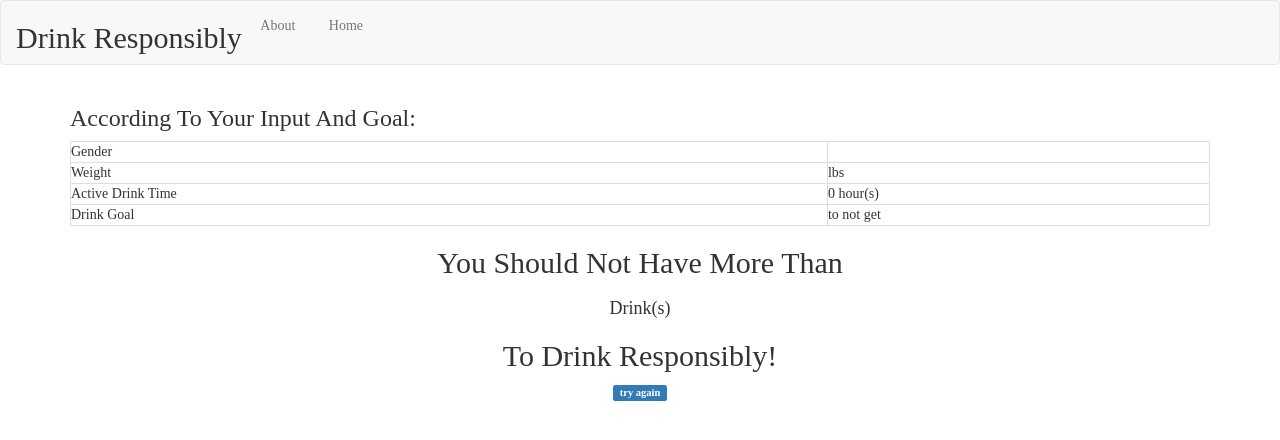
Repository: NatNat180/DrinkResponsibly
Page: http://localhost/DrinkResponsibly/calculate-drink-amount
These files come from the project's save history. The page is drawn as it stood at one moment and after the next save; the edit follows.
The browser window is 1280 px wide. The pictures show the whole page.
Some web fonts or font styles are not loaded; a fallback is used. The page is served by Tomcat 9. Other server files are loaded and not shown.

Above is the page before, as saved 2016-04-07 20:55:21.

### DrinkResponsibly/WebContent/WEB-INF/results.jsp
<%@ page language="java" contentType="text/html; charset=UTF-8"
    pageEncoding="ISO-8859-1"%>
<%@ taglib prefix="c" uri="http://java.sun.com/jsp/jstl/core" %>
<!DOCTYPE html>
<html lang="eng">
<head>
<meta http-equiv="Content-Type" content="text/html; charset=UTF-8">
<link rel="stylesheet" type="text/css" href="bootstrap/css/bootstrap.css"/>
<link rel="stylesheet" type="text/css" href="css/style.css"/>
<title>Drink Responsibly - Your Results</title>
</head>
<body>
<c:import url="/WEB-INF/navigation.html"/>
<section class="container">

<h3>According To Your Input And Goal:</h3>
<table class="table-bordered" style="width: 100%;">
<tr>
	<td>Gender</td>
	<td><c:out value="${gender}"></c:out></td>
</tr>
<tr>
	<td>Weight</td>
	<td><c:out value="${weight} lbs"></c:out></td>
</tr>
<tr>
	<td>Active Drink Time</td>
	<td><c:out value="${drink-time} hour(s)"></c:out></td>
</tr>
<tr>
	<td>Drink Goal</td>
	<td>to not get <c:out value="${goal}"></c:out></td>
</tr>
</table>

<div class="center-text">
<h2>You Should Not Have More Than</h2>
<h1><span class="label label-primary"><c:out value="${drinks}"></c:out></span></h1>
<h4>Drink(s)</h4>
<h2>To Drink Responsibly!</h2>
<span class="label label-primary"><a href="form">try again</a></span>
</div>

</section>
</body>
</html>

### DrinkResponsibly/WebContent/WEB-INF/navigation.html
<nav class="navbar navbar-default" role="navigation">
	<div class="container-fluid">
		<div class="navbar-header">
		  <h1 class="nav-title" style="font-size: 30px;">Drink Responsibly</h1>
		</div>
		<ul class="nav navbar-nav navbar-left">
			<li id="right"><a href="">&nbsp;About</a>
			<li id="right"><a href="form">&nbsp;Home</a>
		</ul>
	</div>
</nav>

### DrinkResponsibly/src/com/application/CalculateDrinkAmount.java
package com.application;

import java.io.IOException;
//import java.io.PrintWriter;

import javax.servlet.ServletException;
import javax.servlet.annotation.WebServlet;
import javax.servlet.http.HttpServlet;
import javax.servlet.http.HttpServletRequest;
import javax.servlet.http.HttpServletResponse;

@WebServlet("/calculate-drink-amount")
public class CalculateDrinkAmount extends HttpServlet {
	private static final long serialVersionUID = 1L;

	//make class variables
	double initialBAC;
	double expendableBAC = 0.015;
	double finalBAC;
	int drinks;

    public CalculateDrinkAmount() {
        super();

    }

	protected void doGet(HttpServletRequest request, HttpServletResponse response) throws ServletException, IOException {

		request.getServletContext().getRequestDispatcher("/WEB-INF/results.jsp").forward(request, response);
	}

	protected void doPost(HttpServletRequest request, HttpServletResponse response) throws ServletException, IOException {

		//response.setContentType("text/html");
		//PrintWriter out = response.getWriter();

		//Retrieve values from form
		String gender = request.getParameter("gender");
		String weight = request.getParameter("weight");
		String drinkTime = request.getParameter("drink-time");
		String goal = request.getParameter("goal");
		String unit = request.getParameter("unit");

		//Parse int the weight and drinkTime so that they are no longer strings and can be manipulated
		int weightNum = Integer.parseInt(weight);
		int drinkTimeNum = Integer.parseInt(drinkTime);

		//convert from kg to lbs if kg was used
		if(unit.equals("kg")){
			weightNum *= 2.2046;
		}

		//Enable them to be printed out in a JSP
		request.setAttribute("gender", gender);
		request.setAttribute("weight", weightNum);
		request.setAttribute("drink-time", drinkTime);
		request.setAttribute("goal", goal);

		//Set initial drink amount
		//If the person plans on drinking for at least an hour or more, set the initial drink amount to the total hours they plan on drinking
		//Otherwise, set the initial drink amount to zero
		if(drinkTimeNum >= 1){
			drinks = drinkTimeNum;
		} else {
			drinks = 0;
		}

		//Calculate initial BAC levels based on gender and weight
		if(gender.equals("male")){

			if(weightNum <= 100){

				initialBAC = 0.0435;

			} else if(weightNum > 100 && weightNum < 125){

				double base = 0.0435;
				double rate = 0.00036 * 5;

				switch(weightNum){
				case 101:
				case 102:
				case 103:
				case 104:
					initialBAC = base;
					break;
				case 105:
				case 106:
				case 107:
				case 108:
				case 109:
					initialBAC = base - rate;
					break;
				case 110:
				case 111:
				case 112:
				case 113:
				case 114:
					initialBAC = base - (rate * 2);
					break;
				case 115:
				case 116:
				case 117:
				case 118:
				case 119:
					initialBAC = base - (rate * 3);
					break;
				case 120:
				case 121:
				case 122:
				case 123:
				case 124:
					initialBAC = base - (rate * 4);
					break;
				}

			} else if(weightNum >= 125 && weightNum < 150){

				double base = 0.0345;
				double rate = 0.0002 * 5;

				switch(weightNum){
				case 125:
				case 126:
				case 127:
				case 128:
				case 129:
					initialBAC = base;
					break;
				case 130:
				case 131:
				case 132:
				case 133:
				case 134:
					initialBAC = base - rate;
					break;
				case 135:
				case 136:
				case 137:
				case 138:
				case 139:
					initialBAC = base - (rate * 2);
					break;
				case 140:
				case 141:
				case 142:
				case 143:
				case 144:
					initialBAC = base - (rate * 3);
					break;
				case 145:
				case 146:
				case 147:
				case 148:
				case 149:
					initialBAC = base - (rate * 4);
					break;
				}

			} else if(weightNum >= 150 && weightNum < 175){

				double base = 0.0295;
				double rate = 0.00016 * 5;

				switch(weightNum){
				case 150:
				case 151:
				case 152:
				case 153:
				case 154:
					initialBAC = base;
					break;
				case 155:
				case 156:
				case 157:
				case 158:
				case 159:
					initialBAC = base - rate;
					break;
				case 160:
				case 161:
				case 162:
				case 163:
				case 164:
					initialBAC = base - (rate * 2);
					break;
				case 165:
				case 166:
				case 167:
				case 168:
				case 169:
					initialBAC = base - (rate * 3);
					break;
				case 170:
				case 171:
				case 172:
				case 173:
				case 174:
					initialBAC = base - (rate * 4);
					break;
				}

			} else if(weightNum >= 175 && weightNum < 200){

				double base = 0.0255;
				double rate = 0.00012 * 5;

				switch(weightNum){
				case 175:
				case 176:
				case 177:
				case 178:
				case 179:
					initialBAC = base;
					break;
				case 180:
				case 181:
				case 182:
				case 183:
				case 184:
					initialBAC = base - rate;
					break;
				case 185:
				case 186:
				case 187:
				case 188:
				case 189:
					initialBAC = base - (rate * 2);
					break;
				case 190:
				case 191:
				case 192:
				case 193:
				case 194:
					initialBAC = base - (rate * 3);
					break;
				case 195:
				case 196:
				case 197:
				case 198:
				case 199:
					initialBAC = base - (rate * 4);
					break;
				}

			} else if(weightNum >= 200 && weightNum < 225){

				double base = 0.0225;
				double rate = 0.00012 * 5;

				switch(weightNum){
				case 200:
				case 201:
				case 202:
				case 203:
				case 204:
					initialBAC = base;
					break;
				case 205:
				case 206:
				case 207:
				case 208:
				case 209:
					initialBAC = base - rate;
					break;
				case 210:
				case 211:
				case 212:
				case 213:
				case 214:
					initialBAC = base - (rate * 2);
					break;
				case 215:
				case 216:
				case 217:
				case 218:
				case 219:
					initialBAC = base - (rate * 3);
					break;
				case 220:
				case 221:
				case 222:
				case 223:
				case 224:
					initialBAC = base - (rate * 4);
					break;
				}

			} else if(weightNum >= 225 && weightNum < 250){

				double base = 0.0195;
				double rate = 0.00008 * 5;

				switch(weightNum){
				case 225:
				case 226:
				case 227:
				case 228:
				case 229:
					initialBAC = base;
					break;
				case 230:
				case 231:
				case 232:
				case 233:
				case 234:
					initialBAC = base - rate;
					break;
				case 235:
				case 236:
				case 237:
				case 238:
				case 239:
					initialBAC = base - (rate * 2);
					break;
				case 240:
				case 241:
				case 242:
				case 243:
				case 244:
					initialBAC = base - (rate * 3);
					break;
				case 245:
				case 246:
				case 247:
				case 248:
				case 249:
					initialBAC = base - (rate * 4);
					break;
				}

			} else if(weightNum >= 250 && weightNum < 275){

				double base = 0.0175;
				double rate = 0.00008 * 5;

				switch(weightNum){
				case 250:
				case 251:
				case 252:
				case 253:
				case 254:
					initialBAC = base;
					break;
				case 255:
				case 256:
				case 257:
				case 258:
				case 259:
					initialBAC = base - rate;
					break;
				case 260:
				case 261:
				case 262:
				case 263:
				case 264:
					initialBAC = base - (rate * 2);
					break;
				case 265:
				case 266:
				case 267:
				case 268:
				case 269:
					initialBAC = base - (rate * 3);
					break;
				case 270:
				case 271:
				case 272:
				case 273:
				case 274:
					initialBAC = base - (rate * 4);
					break;
				}

			} else {

				double base = 0.0175;
				double rate = 0.00008 * 5;

				initialBAC = base - (rate * 5);
			}

		} else { //for females

			if(weightNum <= 100){

				initialBAC = 0.0505;

			} else if(weightNum > 100 && weightNum < 125){

				double base = 0.0505;
				double rate = 0.0004 * 5;

				switch(weightNum){
				case 101:
				case 102:
				case 103:
				case 104:
					initialBAC = base;
					break;
				case 105:
				case 106:
				case 107:
				case 108:
				case 109:
					initialBAC = base - rate;
					break;
				case 110:
				case 111:
				case 112:
				case 113:
				case 114:
					initialBAC = base - (rate * 2);
					break;
				case 115:
				case 116:
				case 117:
				case 118:
				case 119:
					initialBAC = base - (rate * 3);
					break;
				case 120:
				case 121:
				case 122:
				case 123:
				case 124:
					initialBAC = base - (rate * 4);
					break;
				}

			} else if(weightNum >= 125 && weightNum < 150){

				double base = 0.0405;
				double rate = 0.00024 * 5;

				switch(weightNum){
				case 125:
				case 126:
				case 127:
				case 128:
				case 129:
					initialBAC = base;
					break;
				case 130:
				case 131:
				case 132:
				case 133:
				case 134:
					initialBAC = base - rate;
					break;
				case 135:
				case 136:
				case 137:
				case 138:
				case 139:
					initialBAC = base - (rate * 2);
					break;
				case 140:
				case 141:
				case 142:
				case 143:
				case 144:
					initialBAC = base - (rate * 3);
					break;
				case 145:
				case 146:
				case 147:
				case 148:
				case 149:
					initialBAC = base - (rate * 4);
					break;
				}

			} else if(weightNum >= 150 && weightNum < 175){

				double base = 0.0345;
				double rate = 0.0002 * 5;

				switch(weightNum){
				case 150:
				case 151:
				case 152:
				case 153:
				case 154:
					initialBAC = base;
					break;
				case 155:
				case 156:
				case 157:
				case 158:
				case 159:
					initialBAC = base - rate;
					break;
				case 160:
				case 161:
				case 162:
				case 163:
				case 164:
					initialBAC = base - (rate * 2);
					break;
				case 165:
				case 166:
				case 167:
				case 168:
				case 169:
					initialBAC = base - (rate * 3);
					break;
				case 170:
				case 171:
				case 172:
				case 173:
				case 174:
					initialBAC = base - (rate * 4);
					break;
				}

			} else if(weightNum >= 175 && weightNum < 200){

				double base = 0.0295;
				double rate = 0.00012 * 5;

				switch(weightNum){
				case 175:
				case 176:
				case 177:
				case 178:
				case 179:
					initialBAC = base;
					break;
				case 180:
				case 181:
				case 182:
				case 183:
				case 184:
					initialBAC = base - rate;
					break;
				case 185:
				case 186:
				case 187:
				case 188:
				case 189:
					initialBAC = base - (rate * 2);
					break;
				case 190:
				case 191:
				case 192:
				case 193:
				case 194:
					initialBAC = base - (rate * 3);
					break;
				case 195:
				case 196:
				case 197:
				case 198:
				case 199:
					initialBAC = base - (rate * 4);
					break;
				}

			} else if(weightNum >= 200 && weightNum < 225){

				double base = 0.0265;
				double rate = 0.00016 * 5;

				switch(weightNum){
				case 200:
				case 201:
				case 202:
				case 203:
				case 204:
					initialBAC = base;
					break;
				case 205:
				case 206:
				case 207:
				case 208:
				case 209:
					initialBAC = base - rate;
					break;
				case 210:
				case 211:
				case 212:
				case 213:
				case 214:
					initialBAC = base - (rate * 2);
					break;
				case 215:
				case 216:
				case 217:
				case 218:
				case 219:
					initialBAC = base - (rate * 3);
					break;
				case 220:
				case 221:
				case 222:
				case 223:
				case 224:
					initialBAC = base - (rate * 4);
					break;
				}

			} else if(weightNum >= 225 && weightNum < 250){

				double base = 0.0225;
				double rate = 0.00008 * 5;

				switch(weightNum){
				case 225:
				case 226:
				case 227:
				case 228:
				case 229:
					initialBAC = base;
					break;
				case 230:
				case 231:
				case 232:
				case 233:
				case 234:
					initialBAC = base - rate;
					break;
				case 235:
				case 236:
				case 237:
				case 238:
				case 239:
					initialBAC = base - (rate * 2);
					break;
				case 240:
				case 241:
				case 242:
				case 243:
				case 244:
					initialBAC = base - (rate * 3);
					break;
				case 245:
				case 246:
				case 247:
				case 248:
				case 249:
					initialBAC = base - (rate * 4);
					break;
				}

			} else if(weightNum >= 250 && weightNum < 275){

				double base = 0.0205;
				double rate = 0.00008 * 5;

				switch(weightNum){
				case 250:
				case 251:
				case 252:
				case 253:
				case 254:
					initialBAC = base;
					break;
				case 255:
				case 256:
				case 257:
				case 258:
				case 259:
					initialBAC = base - rate;
					break;
				case 260:
				case 261:
				case 262:
				case 263:
				case 264:
					initialBAC = base - (rate * 2);
					break;
				case 265:
				case 266:
				case 267:
				case 268:
				case 269:
					initialBAC = base - (rate * 3);
					break;
				case 270:
				case 271:
				case 272:
				case 273:
				case 274:
					initialBAC = base - (rate * 4);
					break;
				}

			} else {

				double base = 0.0205;
				double rate = 0.00008 * 5;

				initialBAC = base - (rate * 5);
			}

		}

		//determine finalBAC
		//if the drink time is less than an hour, their initialBAC (after one drink) is also their final BAC
		//if they plan to drink for more than an hour, their initialBAC wears off with each hour
		if(drinkTimeNum < 1){
			finalBAC = initialBAC;
		} else {
			finalBAC = ((initialBAC - expendableBAC) * drinkTimeNum) + initialBAC;
		}

		//calculate alloted drink amount based on BAC level
		// create a new variable which will start the same as the final blood alcohol level
		// this new variable keeps changing, but we need the initial finalBAC variable to
		// remain the same so it can keep adding to the new variable
		double BAC = finalBAC;

		// Set message if goal is to not get drunk
		if(goal.equals("drunk")){
			//Allow for drinks so long as it does not surpass limit.
			if(finalBAC > 0.05){
				drinks -= 1;
			} else {
				while(BAC < 0.04){
					BAC += initialBAC;
					drinks += 1;
				}
				// don't risk getting past the drunk limit - but if it's been an hour, your BAC lowers
			}

			if(drinks < 0){
				drinks = 0;
			}
		}

		// Set message if goal is to not get sick
		else if(goal.equals("sick")){
			//Allow for drinks so long as it does not surpass limit.
			if(finalBAC > 0.16){
				drinks -= 1;
			} else {
				while(BAC < 0.16){
					BAC += initialBAC;
					drinks += 1;
				}
			}

			if(drinks < 0){

				drinks = 0;
			}
		}

		//Make drinks into a String
		String drinkAmount = Integer.toString(drinks);
		//create a session attribute for drinks
		request.setAttribute("drinks", drinkAmount);

		String initial = Double.toString(initialBAC);
		request.setAttribute("initial", initial);

		String end = Double.toString(finalBAC);
		request.setAttribute("final", end);

		request.setAttribute("yes", BAC);

		doGet(request, response);
	}

}

### DrinkResponsibly/WebContent/css/style.css
@import url(https://fonts.googleapis.com/css?family=Fjalla+One|Poiret+One|Bitter|Arvo|Amatic+SC:400,700);

/*
font-family: 'Fjalla One', sans-serif;
font-family: 'Poiret One', cursive;
font-family: 'Bitter', serif;
font-family: 'Arvo', serif;
font-family: 'Amatic SC', cursive;
*/

h1 {font-family: 'Poiret One', cursive;}
body {font-family: 'Arvo', serif;}
.center-text {text-align:center;}

ul {
	list-style-type: none;
}

.label a {
	color: white;
}

a:hover{
	text-decoration: none;
	color: #55555;
}

form p {
	margin-top: 5px;
	margin-bottom: 5px;
}

hr {
	border: 0;
	height: 1px;
	background: #333;
	background-image: linear-gradient(to right, #ccc, #333, #ccc);
}

Loaded but not shown: DrinkResponsibly/WebContent/bootstrap/css/bootstrap.css (library)

After the next save:
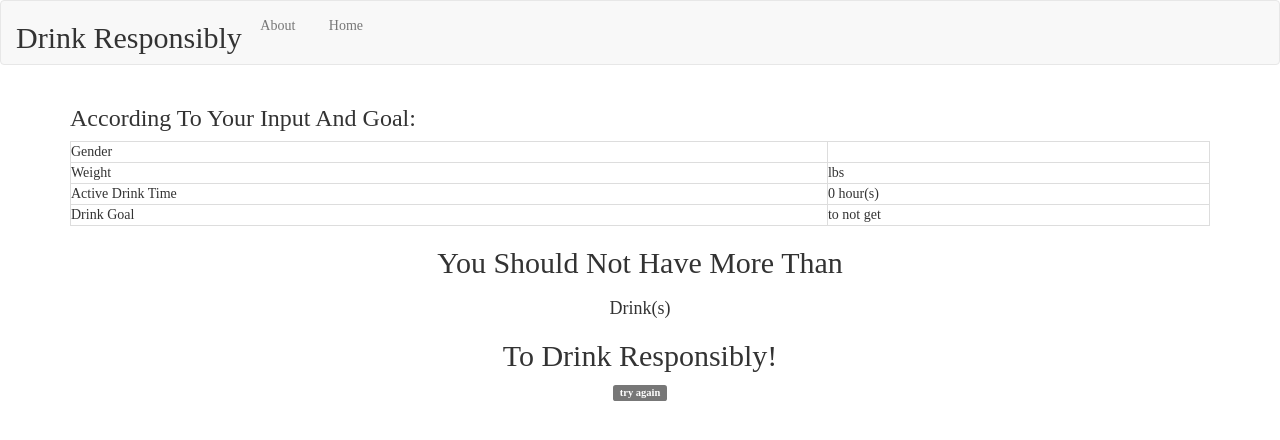
Saved 39 s later.
--- a/DrinkResponsibly/WebContent/WEB-INF/results.jsp
+++ b/DrinkResponsibly/WebContent/WEB-INF/results.jsp
@@ -38,7 +38,7 @@
 <h1><span class="label label-primary"><c:out value="${drinks}"></c:out></span></h1>
 <h4>Drink(s)</h4>
 <h2>To Drink Responsibly!</h2>
-<span class="label label-primary"><a href="form">try again</a></span>
+<span class="label label-default"><a href="form">try again</a></span>
 </div>
 
 </section>
